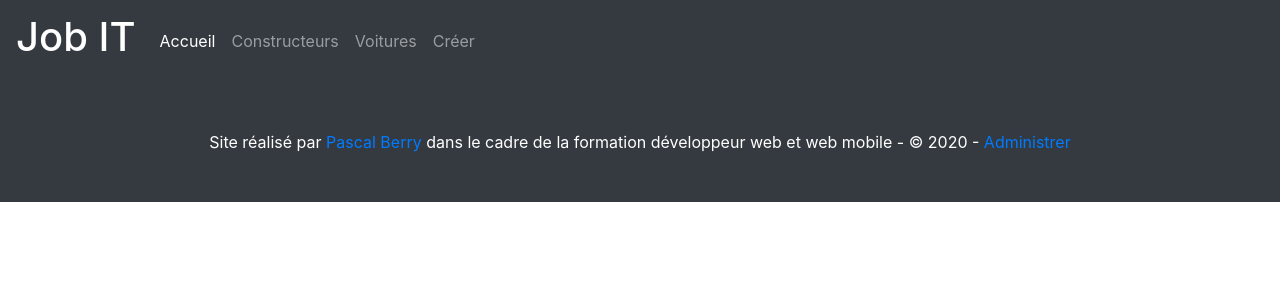
Repository: pascal-berry79/TP-JOB-IT
Page: templates/accueil/index.html.twig
These files come from the project's save history. The page is drawn as it stood at one moment and after the next save; the edit follows.
The browser window is 1280 px wide. The pictures show the whole page.
Some web fonts or font styles are not loaded; a fallback is used. The page is a Twig template of a Symfony application; nobody is signed in and links lead nowhere. The template is opened directly, without the code that normally fills it, so the values that code supplies are empty.

Above is the page before, as saved 2020-11-24 16:46:54.

After the next save:
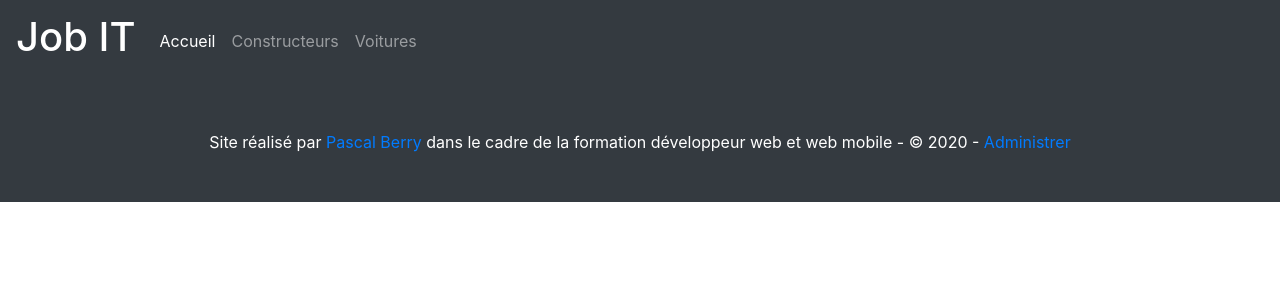
Saved 4 min 48 s later.
--- a/templates/base.html.twig
+++ b/templates/base.html.twig
@@ -38,9 +38,6 @@
                     <li class="nav-item">
                         <a class="nav-link" href="/voitures">Voitures</a>
                     </li>
-                    <li class="nav-item">
-                        <a class="nav-link" href="/voitures/create">Créer</a>
-                    </li>
                 </div>
             </nav>
         </header>

After the save that followed:
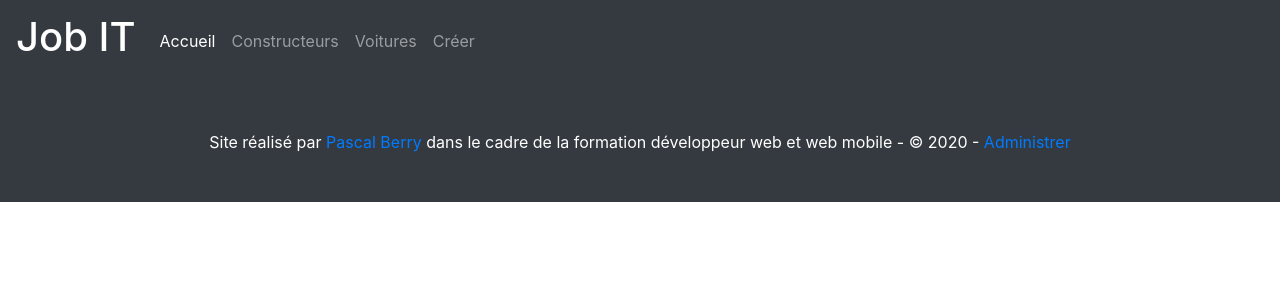
Saved 3 min 48 s later.
--- a/templates/base.html.twig
+++ b/templates/base.html.twig
@@ -29,15 +29,19 @@
 
                 <div class="collapse navbar-collapse" id="navbarsExample04">
                     <ul class="navbar-nav mr-auto">
-                    <li class="nav-item active">
-                        <a class="nav-link" href="/">Accueil <span class="sr-only">(current)</span></a>
+                        <li class="nav-item active">
+                            <a class="nav-link" href="/">Accueil <span class="sr-only">(current)</span></a>
+                        </li>
+                        <li class="nav-item">
+                            <a class="nav-link" href="/constructeurs">Constructeurs</a>
+                        </li>
+                        <li class="nav-item">
+                            <a class="nav-link" href="/voitures">Voitures</a>
+                        </li>
+                        <li class="nav-item">
+                            <a class="nav-link" href="/voitures/create">Créer</a>
                     </li>
-                    <li class="nav-item">
-                        <a class="nav-link" href="/constructeurs">Constructeurs</a>
-                    </li>
-                    <li class="nav-item">
-                        <a class="nav-link" href="/voitures">Voitures</a>
-                    </li>
+                    </ul>
                 </div>
             </nav>
         </header>
